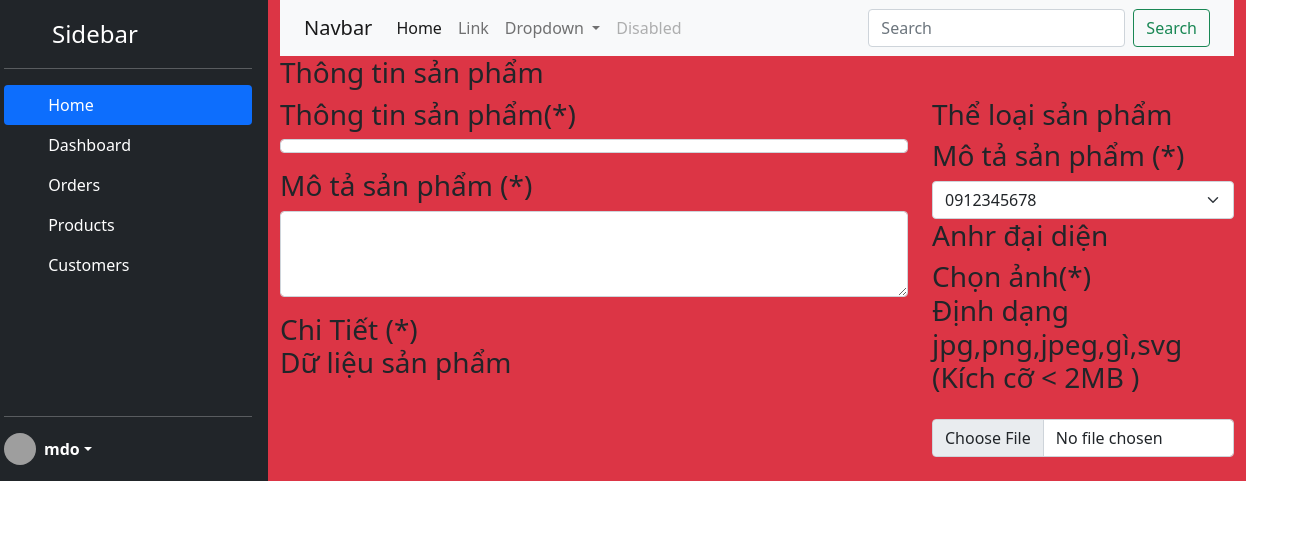
Repository: Lehuyhuynh/BT12-BOOTSTRAP
Page: index.html
The author's editor kept a copy of each file at every save. The page is drawn from the files as they stood at one save, then again after a run of saves.
The browser window is 1280 px wide. The page is 1292 px wide, so the pictures cover 1292 px, including what lies to the right of the window. The pictures show the whole page.
Pictures or frames that could not be fetched are drawn as grey boxes.

Above is the page before, as saved 2023-08-19 22:44:45.

After the next 2 saves:
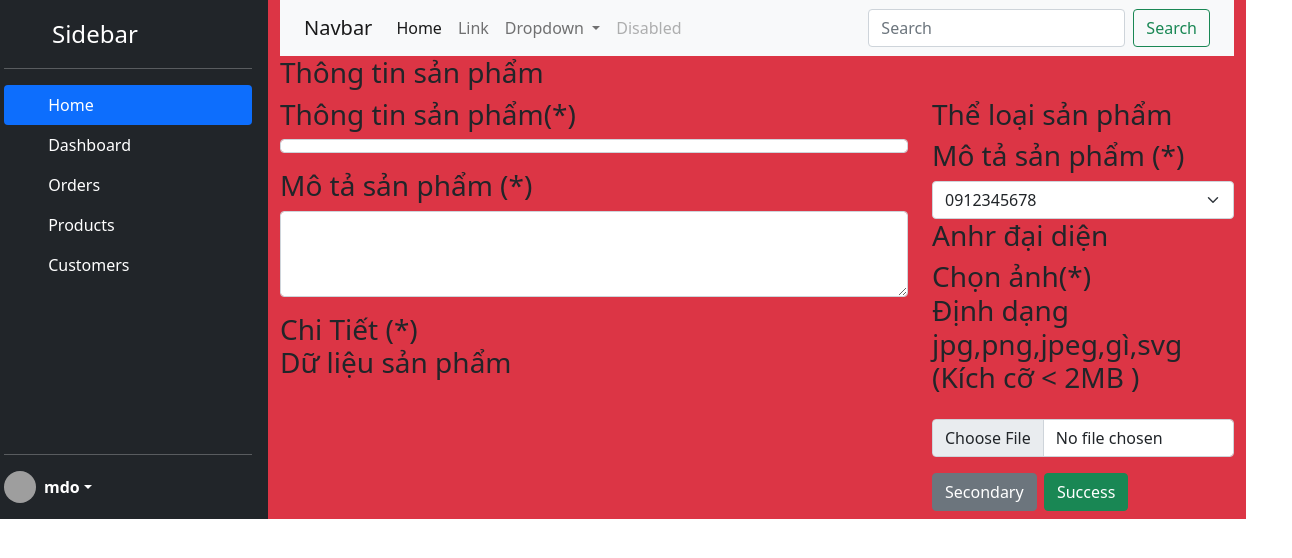
The 2 saves are shown as one change because they came seconds apart.
The last was saved 82 s later.
--- a/index.html
+++ b/index.html
@@ -159,6 +159,9 @@
                   <input class="form-control" type="file" id="formFile">
                 </div>
               </div>
+
+              <button type="button" class="btn btn-secondary">Secondary</button>
+<button type="button" class="btn btn-success">Success</button>
             </div>
           </div>
 
